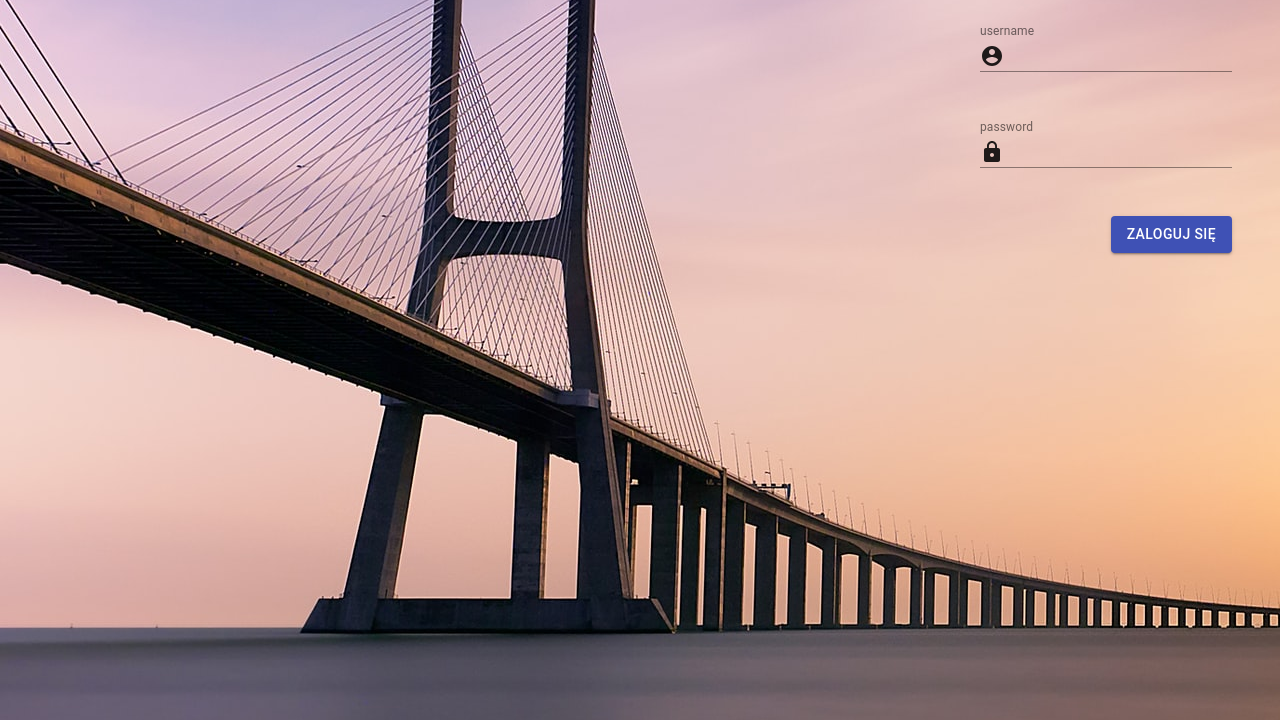
Repository: pgruca96/HappitsChanger
Page: /
These files come from the project's save history. The page is drawn as it stood at one moment and after the next save; the edit follows.
The browser window is 1280 px wide. The pictures show the whole page.
The project was rebuilt for these pictures with package versions that can differ from the ones it lists, and the page was loaded fresh each time.

Above is the page before, as saved 2020-10-24 01:11:25.

### src/App.js
import "./App.css";
import { BrowserRouter as Router, Route } from "react-router-dom";
import LoginPage from "./containers/loginPage";

const App = () => {
  return (
    <div className="app">
      <Router>
        <Route path="/" exact component={LoginPage} />
      </Router>
    </div>
  );
};

export default App;

### src/App.css
*,
*::before,
*::after {
  margin: 0;
  padding: 0;
  box-sizing: border-box;
}

.app {
  min-width: 100vw;
  min-height: 100vh;
}

### src/containers/loginPage/index.js
import React from "react";
import LoginForm from "../../components/form/index";
import { LoginPageContainer } from "../../styles/LoginPage";

const LoginPage = () => {
  return (
    <LoginPageContainer>
      <LoginForm />
    </LoginPageContainer>
  );
};

export default LoginPage;

### src/components/form/index.js
import React from "react";
import TextField from "@material-ui/core/TextField";
import InputAdornment from "@material-ui/core/InputAdornment";
import AccountCircle from "@material-ui/icons/AccountCircle";
import LockIcon from "@material-ui/icons/Lock";
import Button from "@material-ui/core/Button";
import { useStyles } from "../../styles/Form";

const LoginForm = () => {
  const { form, margin } = useStyles();
  return (
    <form className={form}>
      <TextField
        className={margin}
        id="username"
        label="username"
        placement="top"
        InputProps={{
          startAdornment: (
            <InputAdornment position="start">
              <AccountCircle />
            </InputAdornment>
          ),
        }}
      />
      <TextField
        className={margin}
        id="password"
        label="password"
        InputProps={{
          startAdornment: (
            <InputAdornment position="start">
              <LockIcon />
            </InputAdornment>
          ),
        }}
      />
      <Button variant="contained" color="primary" className={margin}>
        Zaloguj się
      </Button>
    </form>
  );
};

export default LoginForm;

### src/styles/LoginPage.js
import styled from "styled-components";
import background from "../assets/login-background.jpg";

export const LoginPageContainer = styled.div`
  background: url(${background}) left;
  width: 100vw;
  height: 100vh;
`;

### src/styles/Form.js
import { makeStyles } from "@material-ui/core/styles";

export const useStyles = makeStyles((theme) => ({
  form: {
    display: "flex",
    flexDirection: "column",
    justifyContent: "center",
    alignItems: "flex-end",
    minHeight: "150px",
  },
  margin: {
    margin: theme.spacing(3, 6),
  },
}));

Loaded but not shown: public/index.html (common file); src/index.js (common file); src/index.css (common file); src/reportWebVitals.js (common file)

After the next save:
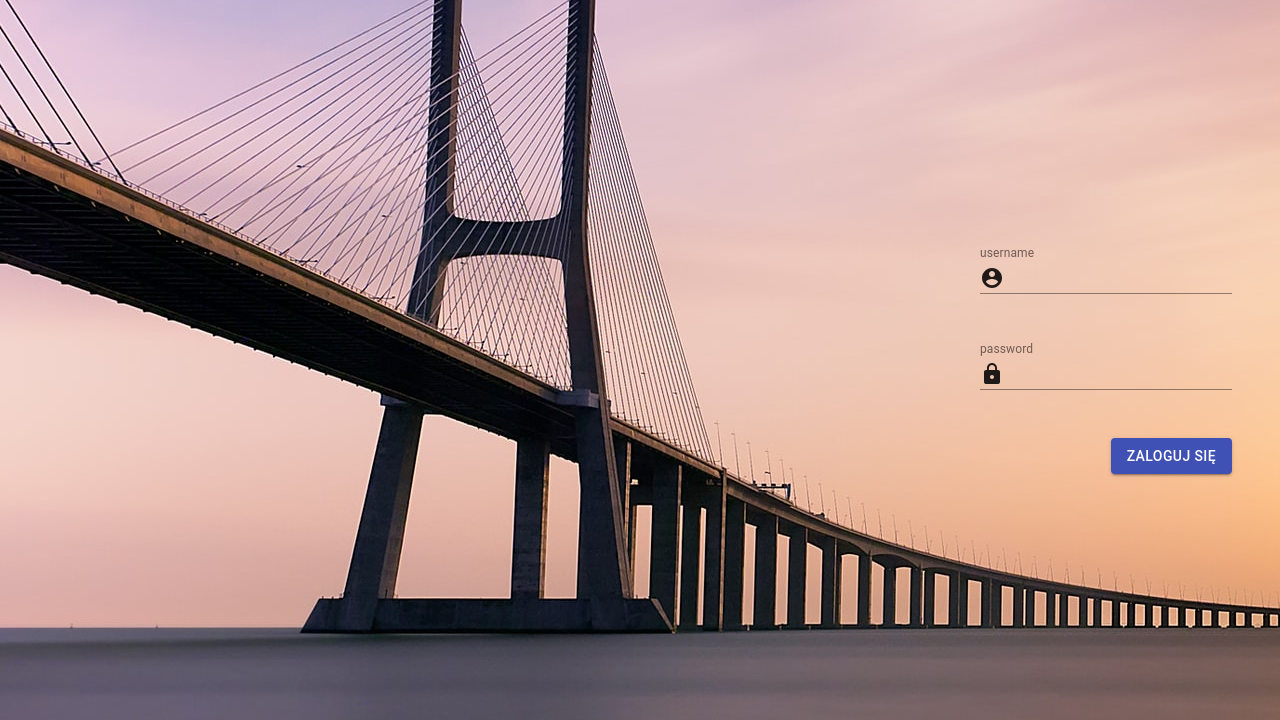
Saved 98 s later.
--- a/src/styles/LoginPage.js
+++ b/src/styles/LoginPage.js
@@ -2,6 +2,8 @@ import styled from "styled-components";
 import background from "../assets/login-background.jpg";
 
 export const LoginPageContainer = styled.div`
+  display: flex;
+  justify-content: flex-end;
   background: url(${background}) left;
   width: 100vw;
   height: 100vh;
